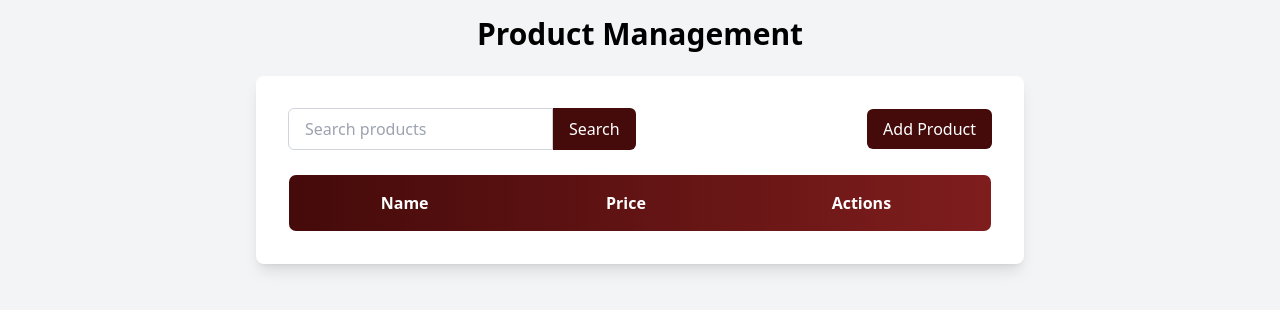
Repository: shaafsalman/product-Management-MERN
Page: /home (app in frontend/)
An editor plug-in stored every save of this project. The page is shown before and after the next save, followed by the edit.
The browser window is 1280 px wide. The pictures show the whole page.
The page's requests for data from a server got no answer. The project was rebuilt for these pictures with package versions that can differ from the ones it lists, and the page was loaded fresh each time. No one was signed in, and anything a server would have sent is missing. Also part of the build but not shown: frontend/vite.config.js, frontend/src/Cards/messageCard.jsx, frontend/src/Pages/Login.jsx, frontend/src/Pages/SighnUp.jsx, frontend/src/Pages/NoPage.jsx, frontend/src/Pages/AddProduct.jsx.

Above is the page before, as saved 2024-05-15 07:53:14.

After the next save:
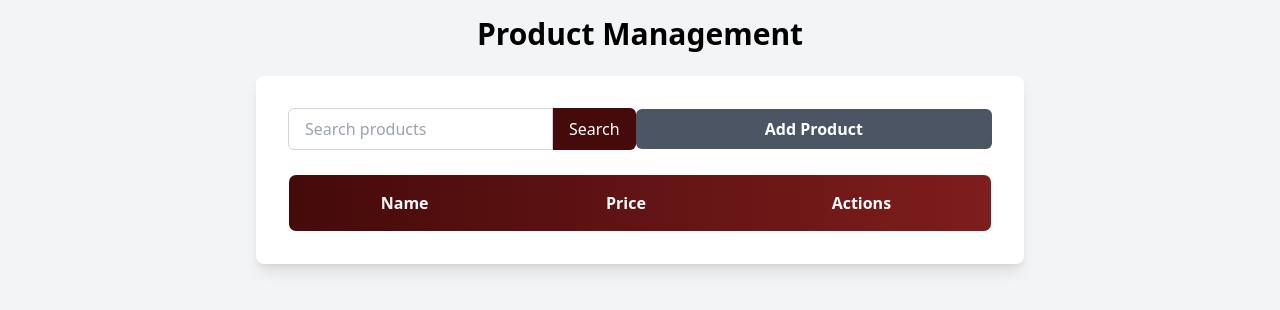
Saved 18 s later.
--- a/frontend/src/Pages/Home.jsx
+++ b/frontend/src/Pages/Home.jsx
@@ -104,8 +104,7 @@
           </div>
           <button
             onClick={showAdd}
-            className="px-4 py-2 bg-red-950 text-white rounded-md hover:bg-red-800 focus:outline-none focus:bg-red-800"
-          >
+            className="w-full bg-gray-600 text-white py-2 rounded-md font-semibold transition duration-300"          >
             Add Product
           </button>
         </div>

After the save that followed:
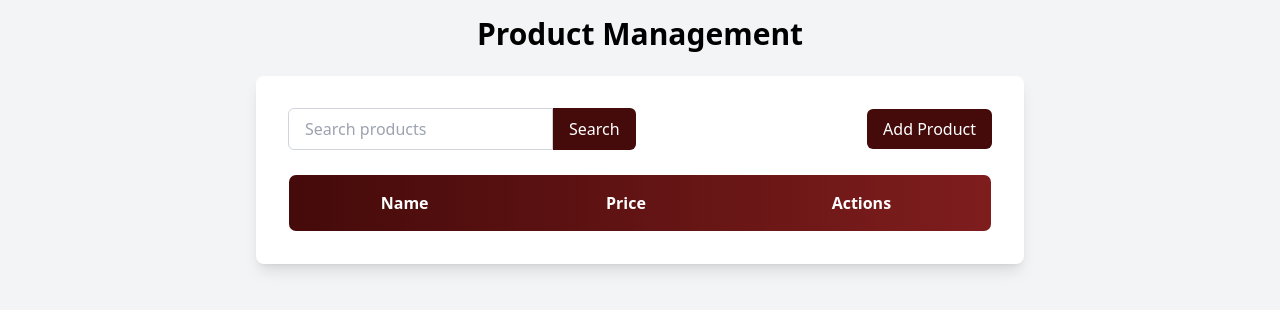
Saved 16 s later.
--- a/frontend/src/Pages/Home.jsx
+++ b/frontend/src/Pages/Home.jsx
@@ -104,7 +104,8 @@
           </div>
           <button
             onClick={showAdd}
-            className="w-full bg-gray-600 text-white py-2 rounded-md font-semibold transition duration-300"          >
+            className="px-4 py-2 bg-red-950 text-white rounded-md hover:bg-red-800 focus:outline-none focus:bg-red-800"
+          >
             Add Product
           </button>
         </div>
